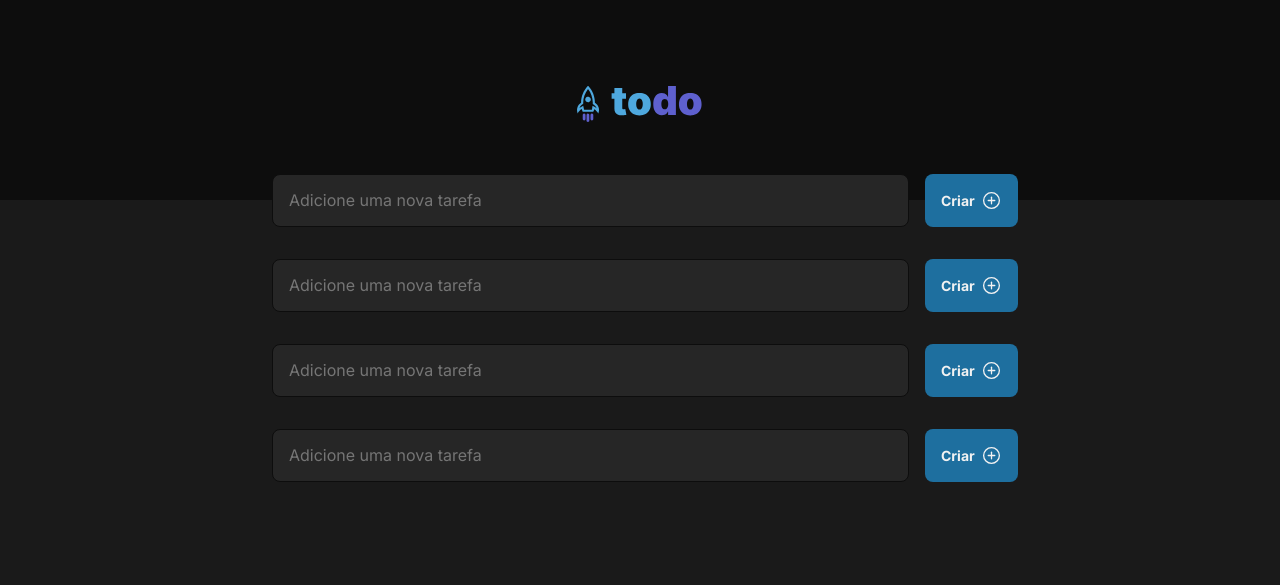
Repository: viniimartins/ToDoListROCKETSEAT
Page: /
These files come from the project's save history. The page is drawn as it stood at one moment and after the next save; the edit follows.
The browser window is 1280 px wide. The pictures show the whole page.
The project was rebuilt for these pictures with package versions that can differ from the ones it lists, and the page was loaded fresh each time. Also part of the build but not shown: vite.config.ts.

Above is the page before, as saved 2023-05-05 15:27:21.

### index.html
<!DOCTYPE html>
<html lang="en">
  <head>
    <meta charset="UTF-8" />

    <link rel="preconnect" href="https://fonts.googleapis.com" />
    <link rel="preconnect" href="https://fonts.gstatic.com" crossorigin />

    <link rel="icon" type="image/svg+xml" href="/vite.svg" />
    <meta name="viewport" content="width=device-width, initial-scale=1.0" />
    <title>Vite + React + TS</title>

    <link
      href="https://fonts.googleapis.com/css2?family=Inter:wght@400;700&display=swap"
      rel="stylesheet"
    />
  </head>
  <body>
    <div id="root"></div>
    <script type="module" src="/src/main.tsx"></script>
  </body>
</html>

### src/App.tsx
import { Header } from "./Components/Header";
import { AddTask } from "./Components/AddTask";

import styles from "./App.module.css";
import "./global.css";

export function App() {
  return (
    <>
      <div>
        <Header />

        <main className={styles.wrapper}>
          <AddTask />
          <AddTask />
          <AddTask />
          <AddTask />

        </main>
      </div>
    </>
  );
}

### src/Components/Header.tsx
import styles from "./Header.module.css";
import Logo from "../assets/Logo.svg";

export function Header() {
  return (
    <>
      <header className={styles.header}>
        <img src={Logo} />
      </header>
    </>
  );
}

### src/Components/AddTask.tsx
import { PlusCircle } from "phosphor-react";
import styles from "./AddTask.module.css";

export function AddTask() {
  return (
    <div className={styles.inputs}>
      <input
        className={styles.inputText}
        type="text"
        placeholder="Adicione uma nova tarefa"
      />
      <button className={styles.Button}>
        <span className={styles.ButtonText}>Criar</span>
        <PlusCircle size={21} />
      </button>
    </div>
  );
}

### src/App.module.css
.wrapper {
  max-width: 46rem;
  margin: -1.656rem auto;

  display: grid;
  grid-template-columns: 1fr;
  gap: 2rem;
  align-items: flex-start;

}

### src/global.css
:root {
  --white: #fff;

  --gray-100: #f2f2f2;
  --gray-200: #d9d9d9;
  --gray-300: #808080;
  --gray-400: #333333;
  --gray-500: #262626;
  --gray-600: #1a1a1a;
  --gray-700: #0d0d0d;

  --purble: #8284fa;
  --purbleDark: #5e60ce;

  --blue: #4ea8de;
  --blueDark: #1E6F9F;

  --darger: #e25858;
}

:focus {
  outline: transparent;
  box-shadow: 0 0 0 2px var(--purbleDark);
}

* {
  margin: 0;
  padding: 0;
  box-sizing: border-box;
}

body {
  background: var(--gray-600);
  color: var(--gray-100);
  -webkit-font-smoothing: antialiased;
}

body,
input,
textarea,
button {
  font-family: "Inter", sans-serif;
  font-weight: 400;
  font-size: 1rem;
}

### src/Components/Header.module.css
.header {
  height: 12.5rem;
  background-color: var(--gray-700);
  display: flex;
  justify-content: center;
  align-items: center;
}

.header img {
  width: 7.875rem;
  height: 3rem;
}

### src/Components/AddTask.module.css
.inputs {
  display: flex;
  gap: 1rem;
}

.inputText {
  width: 39.813rem;
  height: 3.313rem;

  border-radius: 0.5rem;
  padding: 1rem;
  border: 1px solid var(--gray-700);
  color: var(--gray-100);

  font-weight: 400;
  font-size: 1rem;
  background-color: var(--gray-500);
}

.Button {
  display: flex;
  align-items: center;

  background-color: var(--blueDark);
  color: var(--gray-100);

  border: none;
  border-radius: 0.5rem;
  padding: 1rem;
  cursor: pointer;
  gap: 0.4rem;

  font-weight: 700;
  font-size: 0.875rem;
}

.Button:hover {
  background: var(--blue);
}

### src/Components/Task.jsx

import styles from "./task.module.css"

export function Task() {
    return (
        <h1 className={styles.teste}>TESTE</h1>
    )
}

### src/Components/Task.module.css
.teste {
    color: red;
}

Loaded but not shown: src/main.tsx (common file)

After the next save:
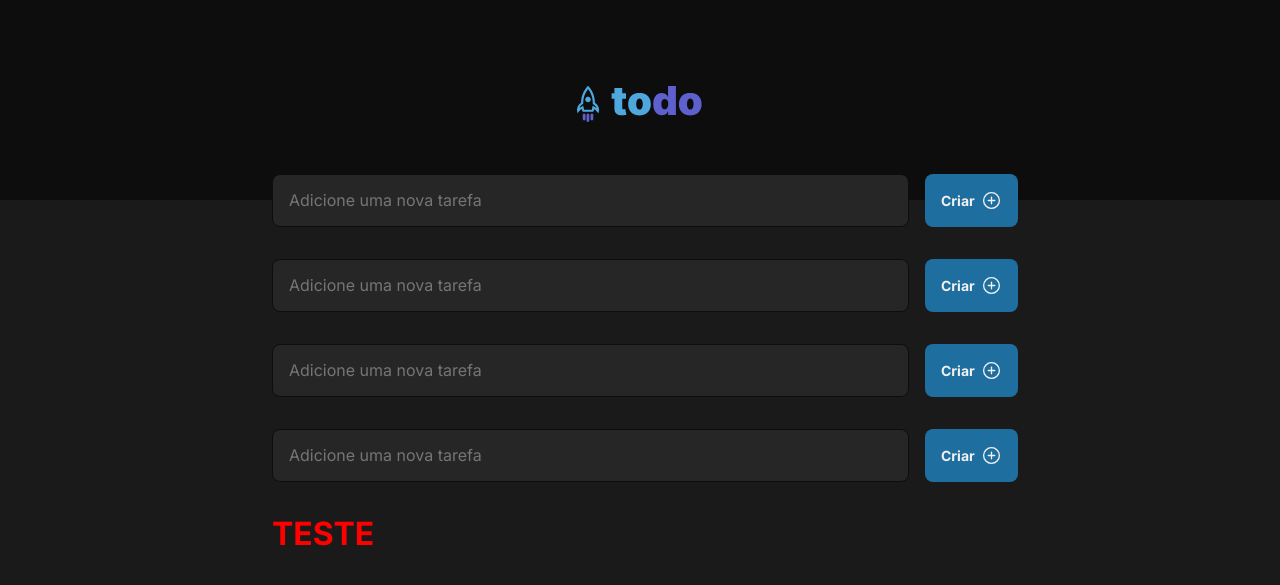
Saved 27 s later.
--- a/src/App.tsx
+++ b/src/App.tsx
@@ -1,5 +1,7 @@
 import { Header } from "./Components/Header";
 import { AddTask } from "./Components/AddTask";
+import { Task } from "./Components/Task";
+
 
 import styles from "./App.module.css";
 import "./global.css";
@@ -16,6 +18,8 @@ export function App() {
           <AddTask />
           <AddTask />
 
+          <Task />
+
         </main>
       </div>
     </>
